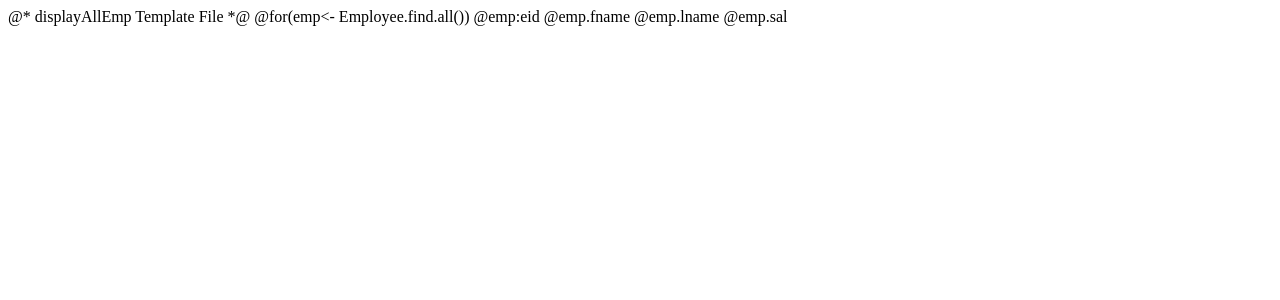
Repository: PoonamDeokar/SalesTool
Page: CrudDemo/app/views/displayAllEmp.scala.html
These files come from the project's save history. The page is drawn as it stood at one moment and after the next save; the edit follows.
The browser window is 1280 px wide. The pictures show the whole page.

Above is the page before, as saved 2016-09-16 10:17:36.

After the next save:
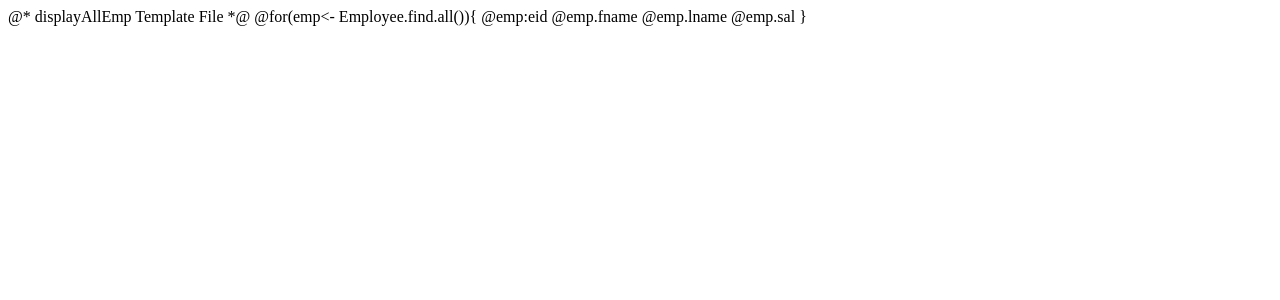
Saved 40 s later.
--- a/CrudDemo/app/views/displayAllEmp.scala.html
+++ b/CrudDemo/app/views/displayAllEmp.scala.html
@@ -1,7 +1,7 @@
 @* displayAllEmp Template File *@
-
-@for(emp<- Employee.find.all())
+@for(emp<- Employee.find.all()){
 @emp:eid
 @emp.fname
 @emp.lname
 @emp.sal
+}
